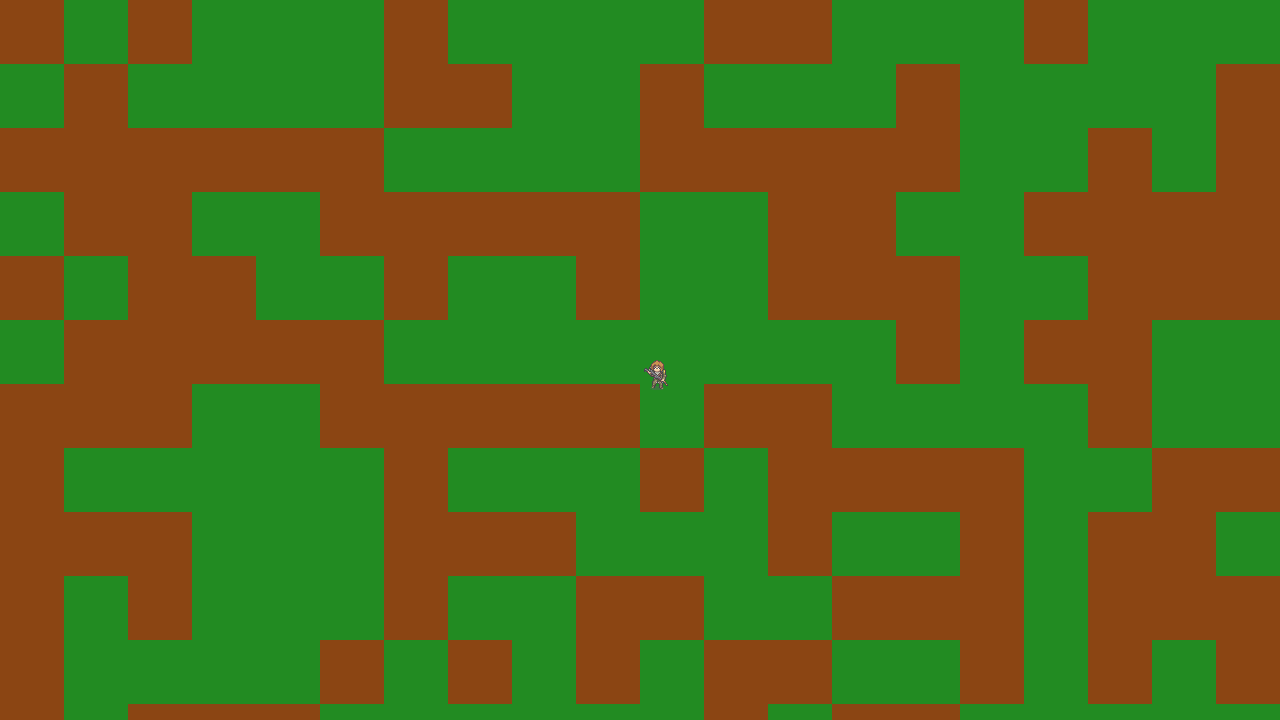
Repository: Poples/Bootdev-Hackathon
Script's output: python main.py
An editor plug-in stored every save of this project. The script's output is shown before and after a run of saves, followed by the edit.
The window is shown after at most 60 frames with no key pressed. Random numbers start from a fixed seed. It also reads assets/PlayerSprite.png.

Above is the script's output before, as saved 2025-07-26 17:46:39.

After the next 2 saves:
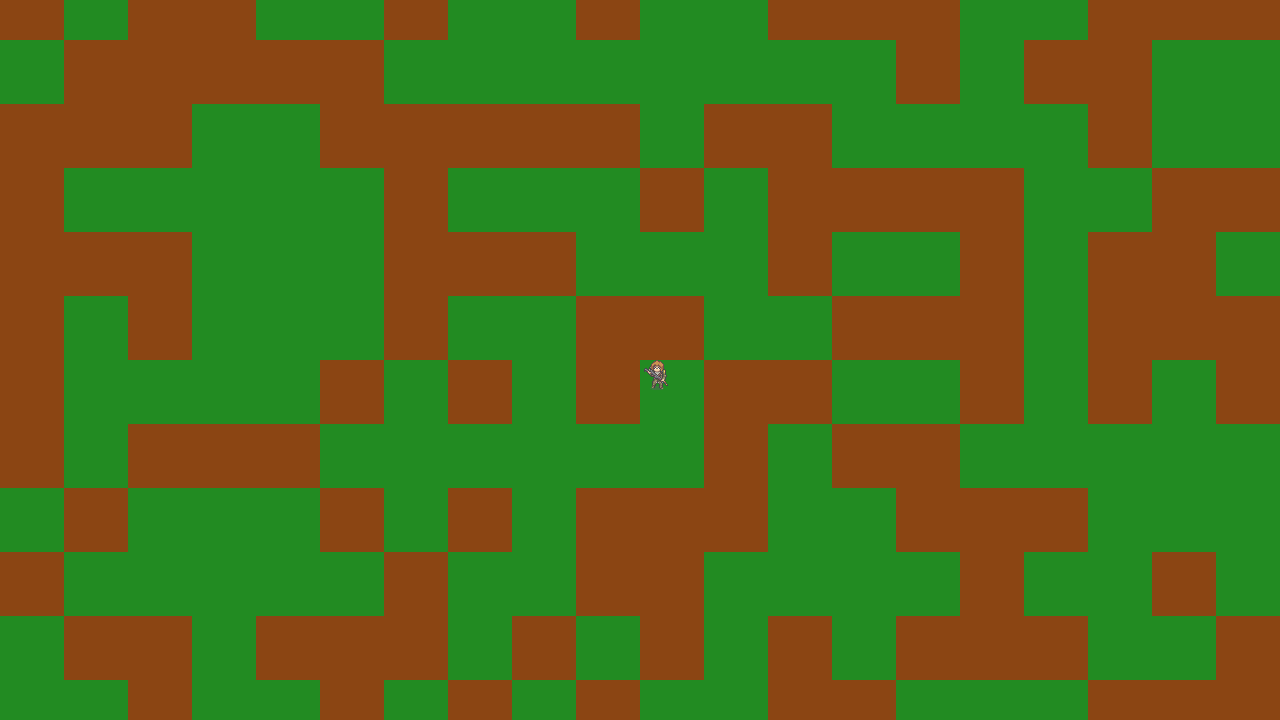
The 2 saves are shown as one change because 1 did not build or start.
The last was saved 28 s later.
--- a/main.py
+++ b/main.py
@@ -21,11 +21,16 @@ MAP_PIXEL_HEIGHT = TILE_MAP_SIZE * TILE_SIZE
 map_offset_x = (screen.get_width() - MAP_PIXEL_WIDTH) // 2
 map_offset_y = (screen.get_height() - MAP_PIXEL_HEIGHT) // 2
 
-def draw_tile_map(screen, tile_map):
+def draw_tile_map(screen, tile_map, offset_x, offset_y):
     for row_index, row in enumerate(tile_map):
         for col_index, tile in enumerate(row):
             tile_color = tile_colors.get(tile, (0, 0, 0))
-            tile_rect = pygame.Rect(col_index * TILE_SIZE, row_index * TILE_SIZE, TILE_SIZE, TILE_SIZE)
+            tile_rect = pygame.Rect(
+                offset_x + col_index * TILE_SIZE,
+                offset_y + row_index * TILE_SIZE,
+                TILE_SIZE,
+                TILE_SIZE
+            )
             pygame.draw.rect(screen, tile_color, tile_rect)
 
 
@@ -90,7 +95,7 @@ while running:
 
     # fill the screen with a color to wipe away anything from last frame
     screen.fill("black")
-    draw_tile_map(screen, tile_map)
+    draw_tile_map(screen, tile_map, map_offset_x, map_offset_y)
     # using asset as player image
     player_img =  pygame.image.load("assets/PlayerSprite.png")
     screen.blit(player_img, player.pos)
